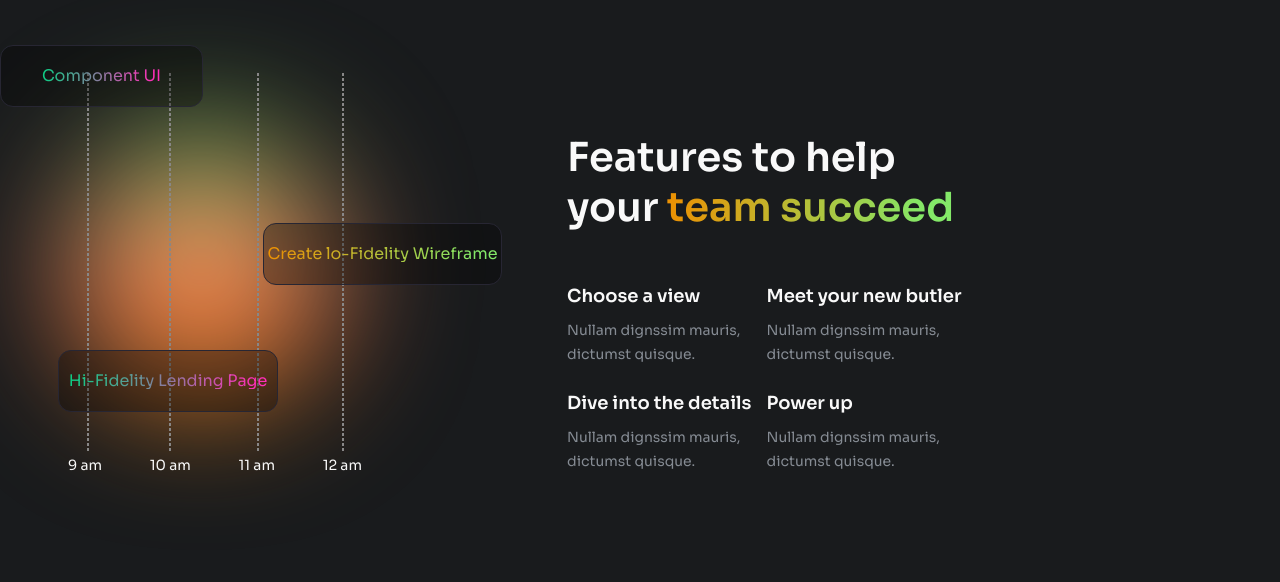
Repository: anhthiethumg/Task_Managerment_Website
Page: index.html
These files come from the project's save history. The page is drawn as it stood at one moment and after a run of saves; the edit follows.
The browser window is 1280 px wide. The pictures show the part of the page from y = 2400 to 2982 px (the page is 2982 px tall).
A picture or video elsewhere on the page could not be fetched, so the positions and the page height are approximate.

Above is the page before, as saved 2023-07-31 09:11:48.

After the next 4 saves:
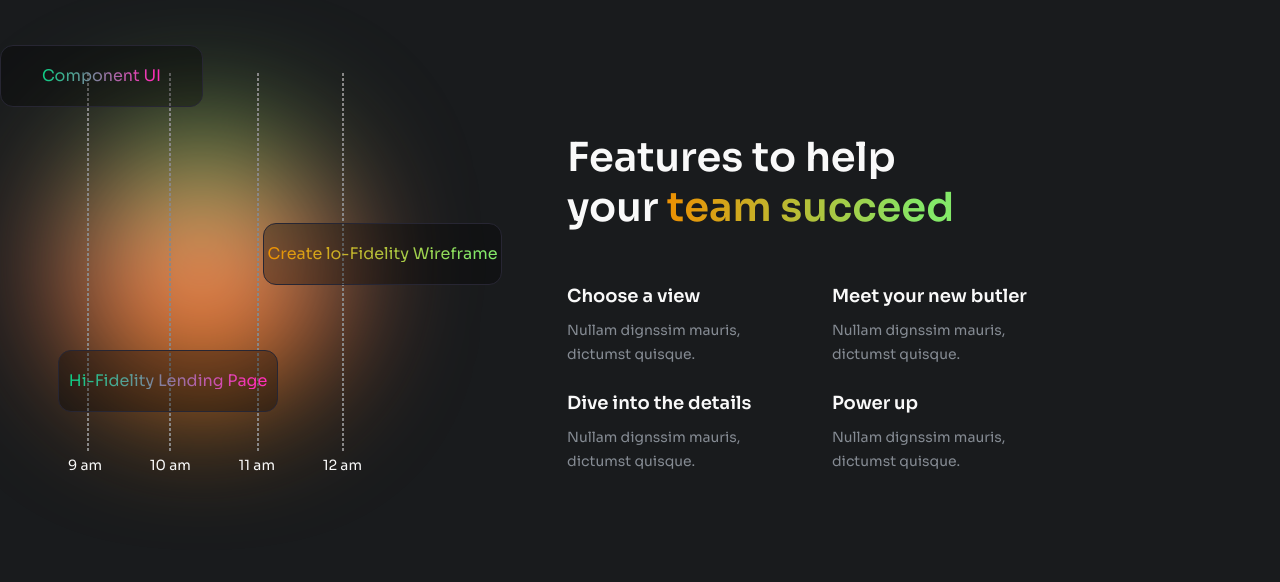
The 4 saves are shown as one change because they came seconds apart.
The last was saved 21 s later.
--- a/assets/css/styles.css
+++ b/assets/css/styles.css
@@ -715,6 +715,10 @@ a {
   grid-template-columns: 1fr 1fr;
 }
 
+.feature__item {
+  margin-right: 70px;
+}
+
 .feature--item__title {
   color: var(--text-color-white, #f9f9f9);
   font-size: 1.8rem;
